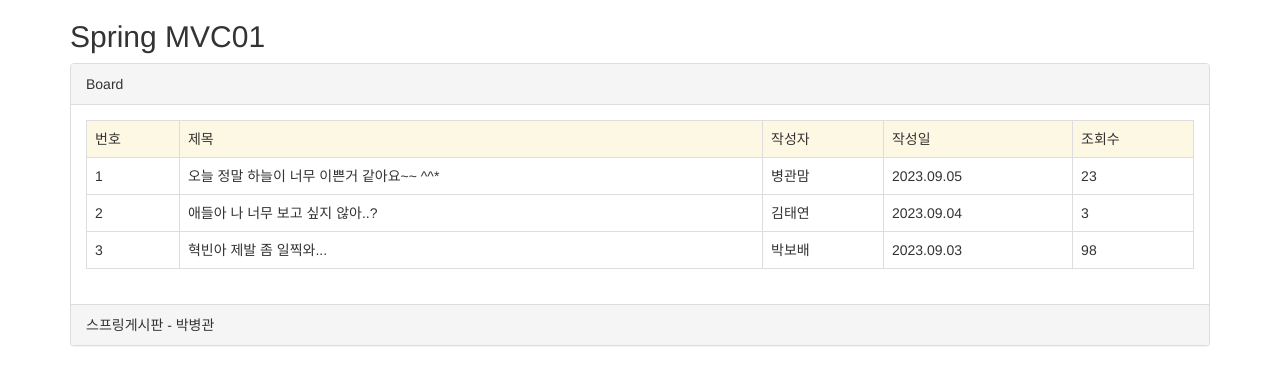
Repository: juhyun98/Spring
Page: http://localhost/SpringMVC01/
These files come from the project's save history. The page is drawn as it stood at one moment and after the next save; the edit follows.
The browser window is 1280 px wide. The pictures show the whole page.
The page is served by Tomcat 9. Other server files are loaded and not shown.

Above is the page before, as saved 2023-09-05 02:14:07.

### SpringMVC01/src/main/webapp/WEB-INF/views/boardList.jsp
<%@ page language="java" contentType="text/html; charset=UTF-8"
	pageEncoding="UTF-8"%>
<%@ taglib prefix="c" uri="http://java.sun.com/jsp/jstl/core" %>
<!DOCTYPE html>
<html>
<head>
<meta charset="UTF-8">
<link rel="stylesheet" href="https://maxcdn.bootstrapcdn.com/bootstrap/3.4.1/css/bootstrap.min.css">
<script src="https://ajax.googleapis.com/ajax/libs/jquery/3.6.4/jquery.min.js"></script>
<script src="https://maxcdn.bootstrapcdn.com/bootstrap/3.4.1/js/bootstrap.min.js"></script>
<title>Insert title here</title>
</head>
<body>

	<div class="container">
		<h2>Spring MVC01</h2>
		<div class="panel panel-default">
			<div class="panel-heading">Board</div>
			<div class="panel-body">
				<table class="table table-bordered table-hover">
					<tr class="warning">
						<td>번호</td>
						<td>제목</td>
						<td>작성자</td>
						<td>작성일</td>
						<td>조회수</td>
					</tr>

					<tr>
						<td>1</td>
						<td>오늘 정말 하늘이 너무 이쁜거 같아요~~ ^^*</td>
						<td>병관맘</td>
						<td>2023.09.05</td>
						<td>23</td>
					</tr>

					<tr>
						<td>2</td>
						<td>애들아 나 너무 보고 싶지 않아..?</td>
						<td>김태연</td>
						<td>2023.09.04</td>
						<td>3</td>
					</tr>

					<tr>
						<td>3</td>
						<td>혁빈아 제발 좀 일찍와...</td>
						<td>박보배</td>
						<td>2023.09.03</td>
						<td>98</td>
					</tr>

				</table>
			</div>
			<div class="panel-footer">스프링게시판 - 박병관</div>
		</div>
	</div>

</body>
</html>

After the next save:
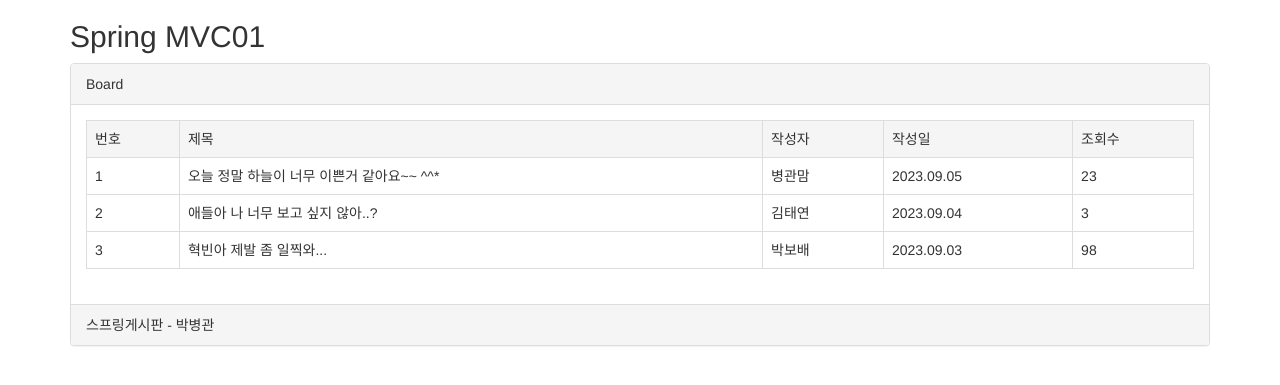
Saved 27 s later.
--- a/SpringMVC01/src/main/webapp/WEB-INF/views/boardList.jsp
+++ b/SpringMVC01/src/main/webapp/WEB-INF/views/boardList.jsp
@@ -18,7 +18,7 @@
 			<div class="panel-heading">Board</div>
 			<div class="panel-body">
 				<table class="table table-bordered table-hover">
-					<tr class="warning">
+					<tr class="active">
 						<td>번호</td>
 						<td>제목</td>
 						<td>작성자</td>
